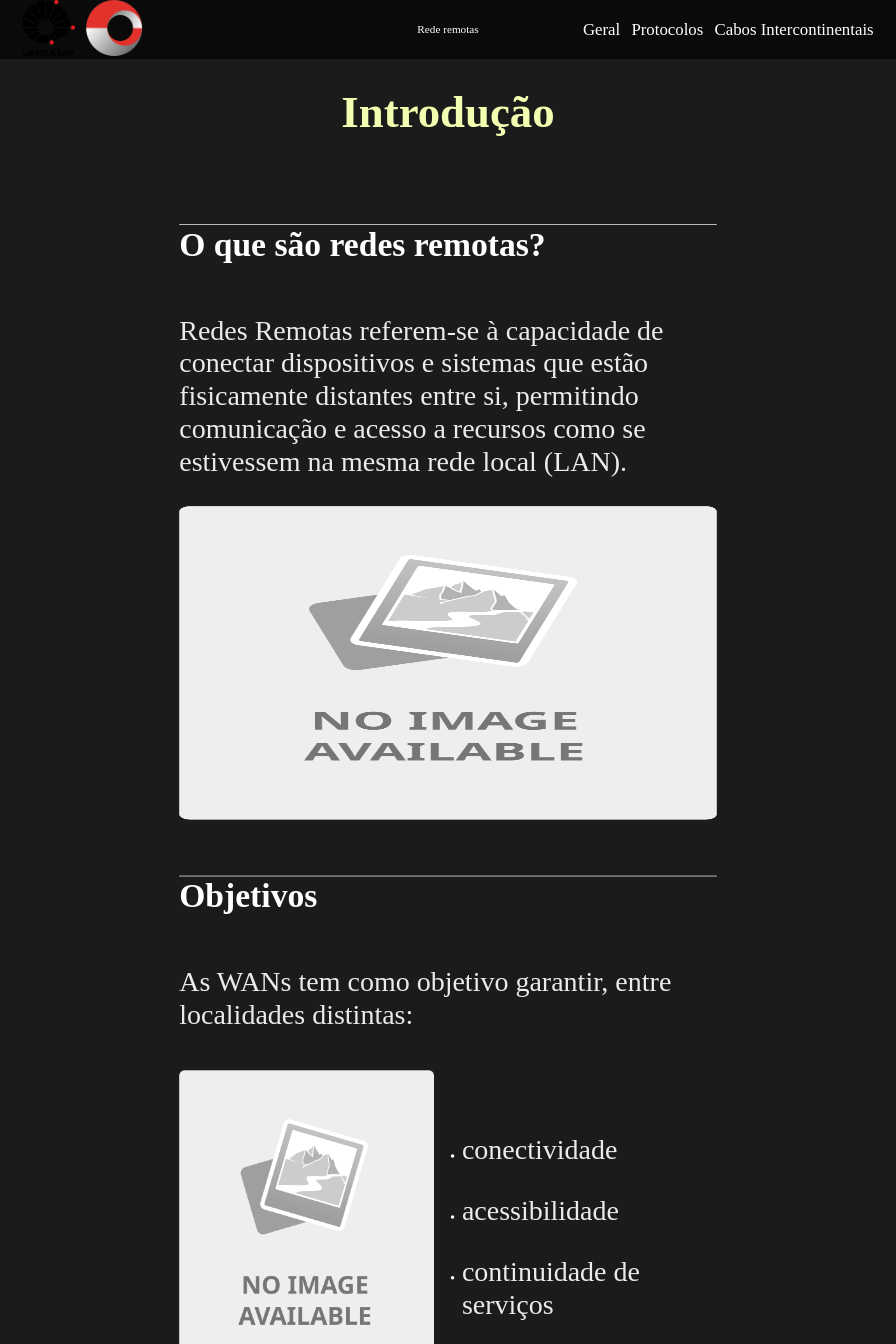
Repository: rafafbd/Site-sobre-redes-remotas
Page: Code/index.html
An editor plug-in stored every save of this project. The page is shown before and after the next save, followed by the edit.
The browser window is 1280 px wide. The pictures show the part of the page from y = 0 to 1920 px (the page is 8539 px tall), at 70% of full size.

Above is the page before, as saved 2025-05-27 08:02:09.

### Code/index.html
<!DOCTYPE html>
<html lang="en">

<head>
    <meta charset="UTF-8">
    <meta name="viewport" content="width=device-width, initial-scale=1.0">
    <title>Redes remotas</title>
    <link rel="stylesheet" href="index.css">
</head>
<body>
    <header class="flex-space" id="header">
        <div class="flex-space gap logos">
            <a href="https://unicamp.br/"><img src="/Assets/image.png" alt="" class="logo"></a>
            <a href="https://cotuca.unicamp.br/"><img src="/Assets/logo-cotuca.png" alt="" class="logo"></a>
        </div>
        <p class="titulo-principal central">Rede remotas</p>
        <div class="flex-space meio gap nav">
            <a href="#header" class="aHead">Geral</a>
            <a href="" class="aHead">Protocolos</a>
            <a href="caboInt.html" class="aHead">Cabos Intercontinentais</a>
        </div>
    </header>
    <main class="centro">

        <div class="full-content centro">
            <h1 class="titulo">Introdução</h1>
        </div>
        <!-- Introdução -->
        <div class="full-content">
            <h1 class="subtitulo">O que são redes remotas?</h1>
        </div>
        <div class="centro">
            <p class="full-content texto">Redes Remotas referem-se à capacidade de conectar dispositivos e sistemas que
                estão fisicamente distantes entre si, permitindo comunicação e acesso a recursos como se estivessem na
                mesma rede local (LAN).</p>
            <img src="/Assets/placeholder.png" alt="" class="full-content imagem">
        </div>

        <!-- Objetivos -->
        <div class="full-content">
            <h1 class="subtitulo">Objetivos</h1>
        </div>
        <p class="full-content texto">As WANs tem como objetivo garantir, entre localidades distintas:</p>
        <div class="full-content flex-space padCima">
            <img src="/Assets/placeholder.png" alt="" class="imagem">
            <ul class="lista">
                <li>
                    <p class="texto">conectividade</p>
                </li>
                <li>
                    <p class="texto">acessibilidade</p>
                </li>
                <li>
                    <p class="texto">continuidade de serviços</p>
                </li>
            </ul>
        </div>


        <!-- Importância -->
        <div class="full-content">
            <div>
                <h1 class="subtitulo">Importância</h1>
            </div>
            <ul class="lista">
                <li>
                    <p class="texto">Governamental</p>
                </li>
                <li>
                    <p class="texto">Empresarial</p>
                </li>
                <li>
                    <p class="texto">Individual</p>
                </li>
            </ul>
        </div>

        <!-- Modos de conexão -->
        <div class="full-content centro">
            <h1 class="titulo">Modos de conexão</h1>
        </div>

        <div class="full-content flex-space padCima">
            <ul class="lista">
                <li><p class="texto">Linhas Alugadas</p></li>
                <li><p class="texto">Tunelamento</p></li>
                <li><p class="texto">MPLS (Multiprotocol Label Switching)</span></p></li>
                <li><p class="texto">SD-WAN (WAN Definida por Software)</span></p></li>
                <li><p class="texto">MPLS vs SD-WAN</p></li>
            </ul>
        </div>

        <div class="full-content">
            <h1 class="subtitulo">Linhas Alugadas</h1>
        </div>
        <div class="full-content flex-space padCima">
            <img src="/Assets/placeholder.png" alt="" class="imagem">
            <ul class="lista">
                <li><p class="texto">Utilizadas para integrar <span>duas LANs distantes</span>.</p></li>
                <li><p class="texto">Fornecidas por <span>provedores de serviços de Internet (ISPs)</span>.</p></li>
                <li><p class="texto">Oferecem <span>alta disponibilidade</span> e <span>baixa latência</span>.</p></li>
                <li><p class="texto">Ideais para aplicações com <span>tráfego constante e estável</span>.</p></li>
            </ul>
        </div>

        <div class="full-content">
            <h1 class="subtitulo">Tunelamento</h1>
        </div>
        <div class="centro">
            <p class="full-content texto">
                O <span>tunelamento</span> permite encapsular pacotes de dados para que sejam transmitidos com segurança
                por redes públicas como a Internet. Ele é fundamental para a criação de <span>VPNs (redes privadas
                    virtuais)</span>, onde os dados trafegam de forma <span>criptografada</span> por um “túnel” digital,
                conectando usuários remotos a redes corporativas de forma protegida. Isso assegura <span>privacidade,
                    integridade</span> e acesso seguro a recursos internos.
            </p>
            <img src="/Assets/placeholder.png" alt="" class="full-content imagem">
        </div>

        <div class="full-content">
            <h1 class="subtitulo">MPLS (Multiprotocol Label Switching)</h1>
        </div>
        <div class="centro">
            <p class="full-content texto">
                O <span>MPLS</span> usa rótulos para direcionar dados rapidamente entre pontos da rede. Opera entre as camadas 2 e 3 do modelo OSI e pode ser usado com <span>ethernet, ATM, frame relay</span> ou <span>IPv6</span>.
            </p>
        </div>

        <div class="full-content">
            <h1 class="subtitulo">SD-WAN (WAN Definida por Software)</h1>
        </div>
        <div class="centro">
            <p class="full-content texto">
                A <span>SD-WAN</span> é uma abordagem moderna que passa o controle da rede para uma
                <span>camada de software</span>. Ao <span>utilizar conexões de Internet</span> convencionais e estáveis, ela oferece
                uma alternativa mais <span>flexível</span> e econômica ao MPLS, que depende de hardware. A SD-WAN permite configurar e otimizar o
                tráfego entre filiais, data centers e a nuvem, com foco em agilidade, segurança e <span>redução de custos</span>.
                Mesmo assim, a SD-WAN pode usar aproveitar e usar o MPLS.
            </p>
            <img src="/Assets/placeholder.png" alt="" class="full-content imagem">
        </div>

        <!-- Nome do tópico -->

        <div class="centro">
            <p class="full-content texto">Lorem ipsum dolor sit, amet consectetur adipisicing elit. Porro aperiam,
                assumenda
                quasi dolores nobis ipsum eius, fugiat asperiores voluptatibus beatae voluptas, laborum eveniet?
                Maiores, et
                omnis. Corrupti odio doloribus molestiae.</p>
            <img src="/Assets/placeholder.png" alt="" class="full-content imagem">
        </div>


        <div class="full-content">
            <h1 class="subtitulo">Subtítulo 2</h1>
        </div>
        <div class="full-content flex-space padCima">
            <img src="/Assets/placeholder.png" alt="" class="imagem">
            <ul class="lista">
                <li>
                    <p class="texto">bla bla</p>
                </li>
                <li>
                    <p class="texto">o o o o o</p>
                </li>
                <li>
                    <p class="texto">topico legal</p>
                </li>
            </ul>
        </div>
    </main>
</body>

</html>

### Code/index.css

:root{
    --branco: #ffffff;
    --bracoc: #ecebeb;
    --pastel: #f3ffb0;
    --pretoEsc: #0a0a0a;
    --pretoCla: #1b1b1b ;
}

body{
    margin: 0;
}

.flex-space{
    display: flex;
    justify-content: space-between;
    align-items: center;
}

.gap{
    gap: 1rem;
}

.central{
    position: absolute;
    left: 50%;
    transform: translateX(-50%);
}

.centro{
    display: flex;
    justify-content: center;
    flex-wrap: wrap;
}

.meio{
    display: flex;
    align-items: center;
}

.full-content{
    width: 60%;
}

.padCima{
    padding-top: 1rem;
}

.imagem{
    height: 28rem;
}

.titulo{
    color: var(--pastel);
    font-size: 4rem;
    font-weight: bolder;
}

.subtitulo{
    color: var(--branco);
    font-size: 3rem;
    font-weight: bold;
    border-top: solid 0.1rem var(--branco);
    margin-top: 5rem;
}

.titulo-principal{
    color: var(--branco);
    font-size: ;
}

.texto{
    color: var(--bracoc);
    font-size: 2.5rem;
}

span{
    /* text-decoration: underline; */
    font-weight: bold;
}

.lista{
    list-style-type: disc;
}

.lista li::marker{
    color: var(--branco);
}

header{
    position: fixed;
    width: 100%;
    background-color: var(--pretoEsc);
    margin-bottom: 1rem;
}

.logos{
    margin-left: 2rem;
}

.logo{
    height: 5rem;
}

.nav{
    margin-right: 2rem;
}

.aHead{
    color: var(--branco);
    text-decoration: none;
    font-size: 1.5rem;
}

main{
    padding-top: 5rem;
    background-color: var(--pretoCla);
    flex-direction: column;
    align-items: center;
}

After the next save:
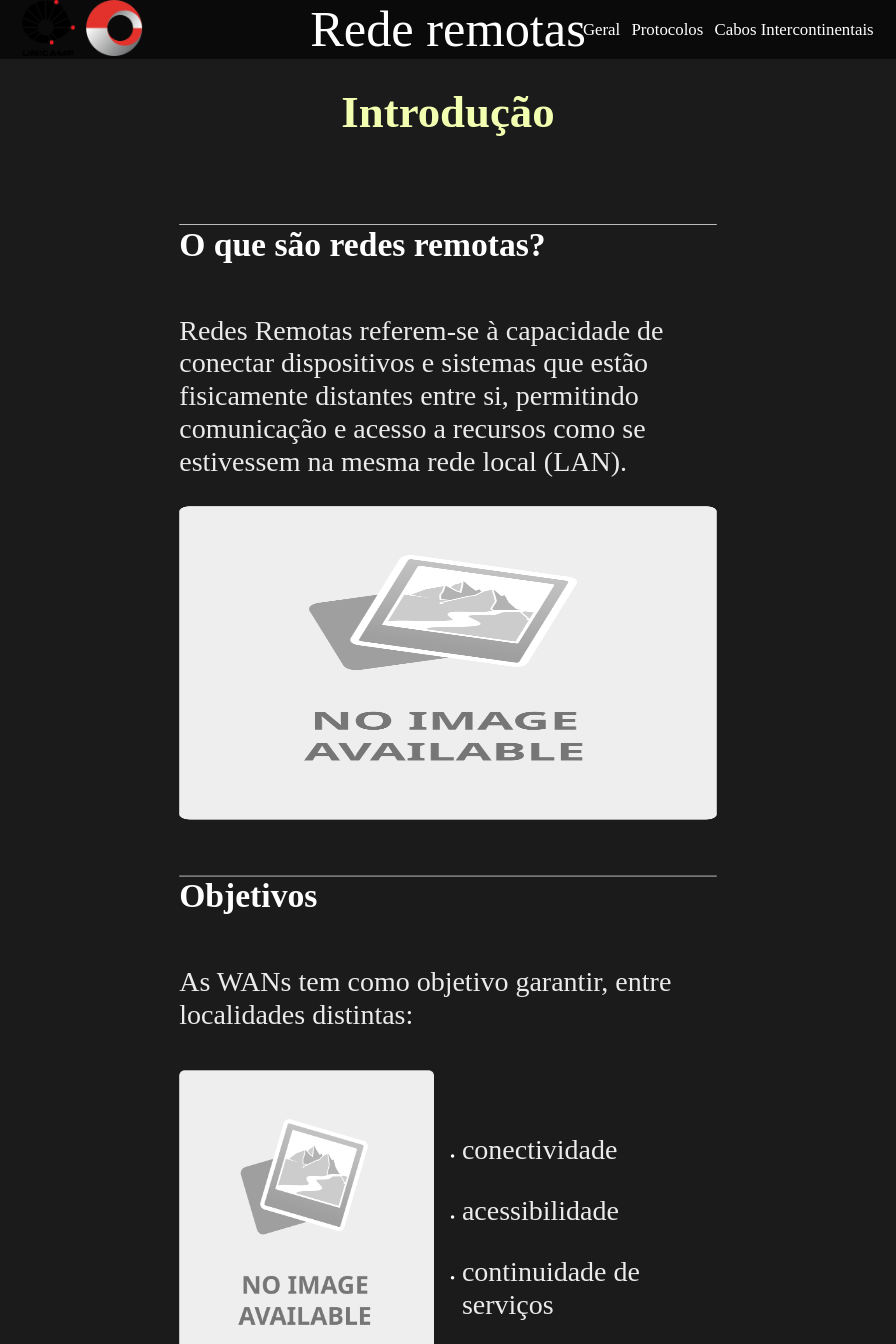
Saved 4 s later.
--- a/Code/index.css
+++ b/Code/index.css
@@ -66,7 +66,7 @@ body{
 
 .titulo-principal{
     color: var(--branco);
-    font-size: ;
+    font-size: 4.5rem;
 }
 
 .texto{
